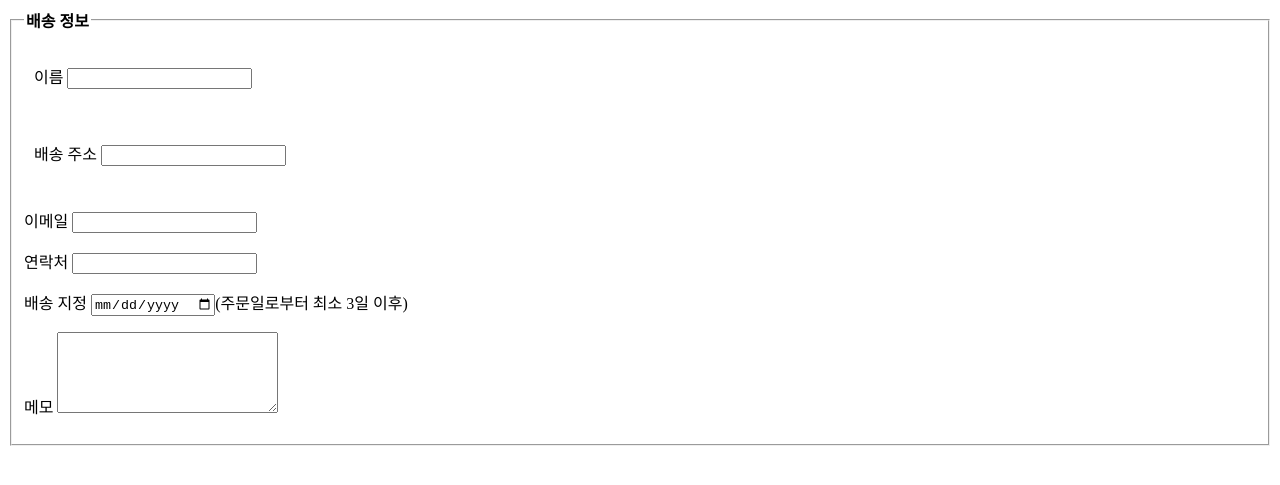
Repository: Kebiskim/2023_WebStudy
Page: 01_01_html/src/main/webapp/day04/Ex04_Delivery_Info.html
An editor plug-in stored every save of this project. The page is shown before and after the next save, followed by the edit.
The browser window is 1280 px wide. The pictures show the whole page.

Above is the page before, as saved 2023-06-22 03:48:41.

After the next save:
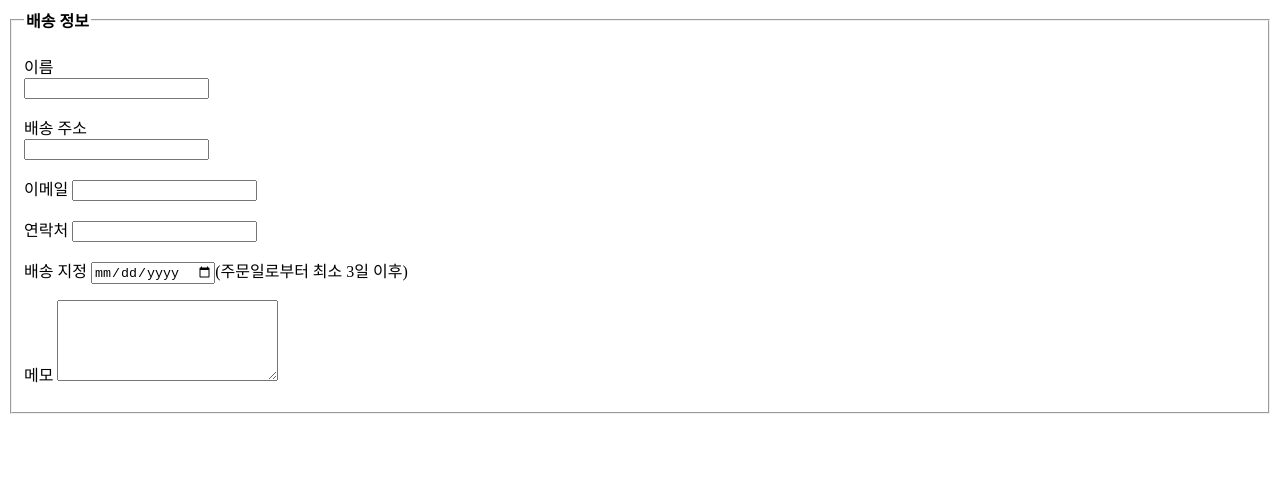
Saved 112 s later.
--- a/01_01_html/src/main/webapp/day04/Ex04_Delivery_Info.html
+++ b/01_01_html/src/main/webapp/day04/Ex04_Delivery_Info.html
@@ -8,7 +8,7 @@
 		color:lightblue;
 	}
 	div{
-		padding: 10px;
+		width:100px
 	}
 </style>
 </head>
